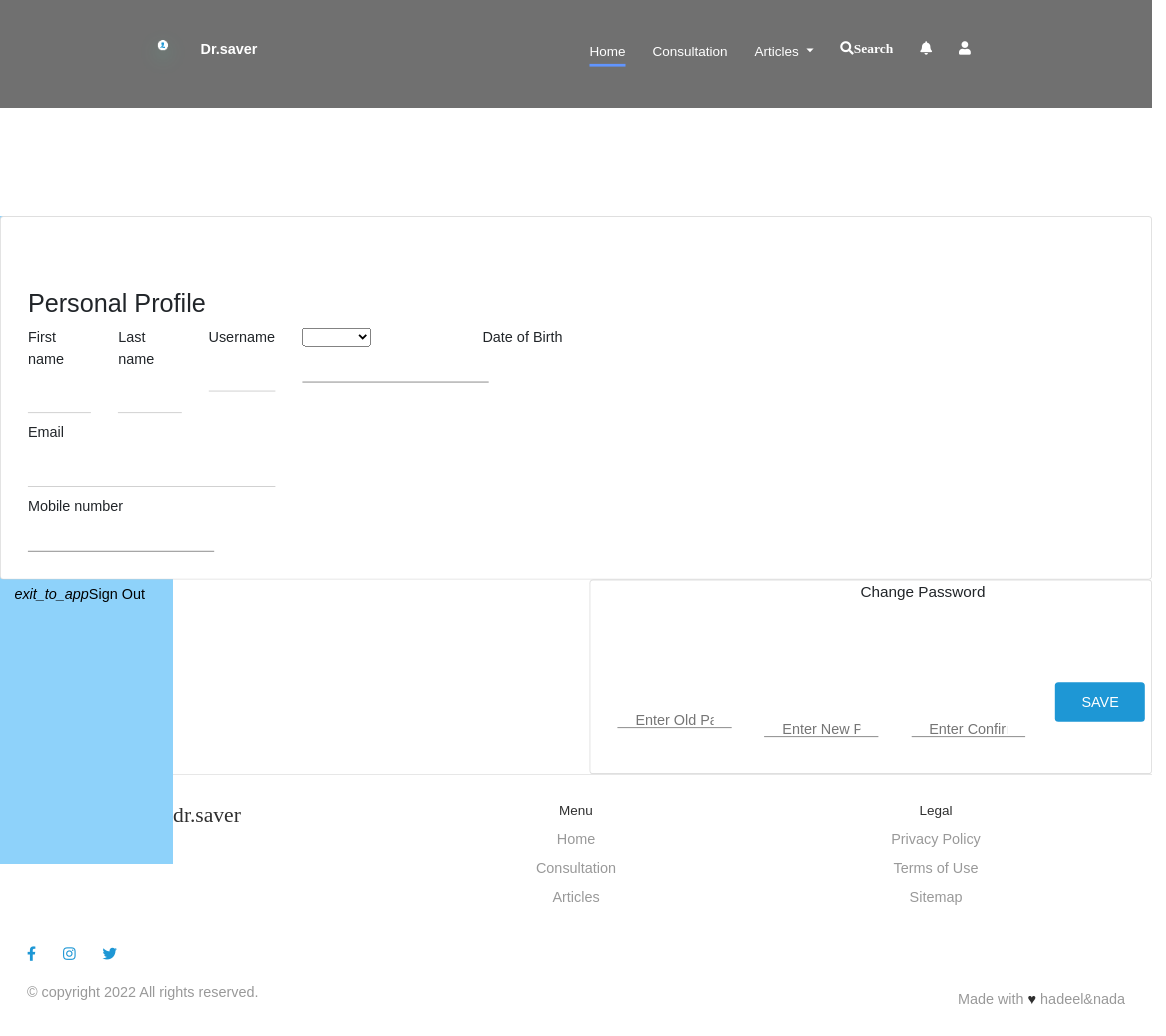
Repository: nsra/hadeel_doctor_system
Page: patient/Pprofile.html
An editor plug-in stored every save of this project. The page is shown before and after the next save, followed by the edit.
The browser window is 1280 px wide. The page is 1295 px wide, so the pictures cover 1295 px, including what lies to the right of the window. The pictures show the whole page, at 90% of full size.
Some web fonts or font styles are not loaded; a fallback is used. Some web libraries are served in a nearby version.

Above is the page before, as saved 2022-03-25 14:37:35.

### patient/Pprofile.html
<!DOCTYPE html>
<html lang="en">
<head>
    <meta charset="UTF-8">
    <meta http-equiv="content-type" content="text/html; charset=UTF-8">
    <title>DrSaver</title>
    <link rel="shortcut icon" href="../assets/img/doctor.png" type="image/x-icon">
    <link rel="stylesheet" href="https://maxcdn.bootstrapcdn.com/bootstrap/4.0.0/css/bootstrap.min.css" integrity="sha384-Gn5384xqQ1aoWXA+058RXPxPg6fy4IWvTNh0E263XmFcJlSAwiGgFAW/dAiS6JXm" crossorigin="anonymous">
    <link rel="stylesheet" href="https://pro.fontawesome.com/releases/v5.10.0/css/all.css" integrity="sha384-AYmEC3Yw5cVb3ZcuHtOA93w35dYTsvhLPVnYs9eStHfGJvOvKxVfELGroGkvsg+p" crossorigin="anonymous"/>
    <link rel="stylesheet" href="../assets/css/style.css" type="text/css">
    <link rel="preconnect" href="https://fonts.gstatic.com">
    <link href="https://fonts.googleapis.com/css2?family=Tajawal:wght@700&display=swap" rel="stylesheet">
    <meta name="viewport" content="width=device-width, initial-scale=1, shrink-to-fit=no">
</head>
<body>

    <!--header-->
    <div class="header" style=" background-color: #707070;">
         <div class="container" >
<div class="header-content">
    <div class="logo">
        <img src=" ../assets/img/l2.png"  alt="logo image" draggable="false">
        <b>Dr.saver</b>
     </div>
       <ul class="nav">
         <li><a href="#" class="active">Home</a></li>
         <li><a href="#" >Consultation</a></li>
           <li class="nav-item dropdown">
            <a class="nav-link dropdown-toggle" href="#" id="navbarDropdown" role="button" data-toggle="dropdown" aria-haspopup="true" aria-expanded="false">
                Articles
            </a>
            <div class="dropdown-menu" aria-labelledby="navbarDropdown">
              <a class="dropdown-item" href="#">Action</a>
              <a class="dropdown-item" href="#">Another action</a>
              <div class="dropdown-divider"></div>
              <a class="dropdown-item" href="#">Something else here</a>
            </div>
          </li>
         <li><a href="#"class="icon fa fa-search fa-2x" >Search</a></li>

 <li><a href="#"class="icon fa fa-bell" >  </a></li>
          <li><a href="#"class="icon fa fa-user fa-2x" > </a></li>






     </ul>
     <div class="clear"></div>
</div>
  </div>
    </div>
     <!--profile section-->
     <div class="about pd-y"></div>
     <aside id="slide-out" class="sidebar white fixed">
        <div class="side-nav-wrapper">
            <div class="sidebar-profile">
                <div class="sidebar-profile-image">
                    <img src="../assets/img/pro.png" class="circle" alt="">
                </div>
                <div class="sidebar-profile-info">

                </div>
            </div>

        <ul class="sidebar-menu collapsible collapsible-accordion" data-collapsible="accordion">

<li class="no-padding"><a class="waves-effect waves-grey" href="myprofile.php"><i class="material-icons">account_box</i>My Profiles</a></li>
<li class="no-padding"><a class="waves-effect waves-grey" href="emp-changepassword.php"><i class="material-icons">settings_input_svideo</i>Change Password</a></li>
            <li class="no-padding">
                <a class="collapsible-header waves-effect waves-grey"><i class="material-icons">apps</i>Leaves<i class="nav-drop-icon material-icons">keyboard_arrow_right</i></a>
                <div class="collapsible-body">
                    <ul>
                        <li><a href="apply-leave.php">Apply Leave</a></li>
                        <li><a href="leavehistory.php">Leave History</a></li>
                    </ul>
                </div>
            </li>



          <li class="no-padding">
                        <a class="waves-effect waves-grey" href="logout.php"><i class="material-icons">exit_to_app</i>Sign Out</a>
                    </li>


        </ul>

        </div>
    </aside>

        <main class="mn-inner float-right">
            <div class="row">

                <div class="col s12 m12 l12">
                    <div class="card">
                        <div class="card-content">
                            <form id="example-form" method="post" name="updatemp">
                                <div>
                                    <h3>Personal Profile</h3>

                                    <section>
                                        <div class="wizard-content">
                                            <div class="row">
                                                <div class="col m6">
                                                    <div class="row">


<div class="input-field col m6 s12">
<label for="firstName">First name</label>
<input id="firstName" name="firstName"  "  type="text" required>
</div>

<div class="input-field col m6 s12">
<label for="lastName">Last name </label>
<input id="lastName" name="lastName" value="" type="text" autocomplete="off" required>
</div>

<div class="input-field col s12">

<label for="userName">Username </label>
<input id="userName" name="userName" value="" type="text" autocomplete="off" required>
    </div>

<div class="input-field col s12">
<label for="email">Email</label>
<input  name="email" type="email" id="email" value=" " readonly autocomplete="off" required>
<span id="emailid-availability" style="font-size:12px;"></span>
</div>

<div class="input-field col s12">
<label for="phone">Mobile number</label>
<input id="phone" name="mobileno" type="tel" value=" " maxlength="10" autocomplete="off" required>
</div>

</div>
</div>

<div class="col m6">
<div class="row">
<div class="input-field col m6 s12">
<select  name="gender" autocomplete="off">
<option value=""></option>
<option value="Male">Male</option>
<option value="Female">Female</option>

</select>
</div>
<label for="birthdate">Date of Birth</label>
<div class="input-field col m6 s12">

<input id="birthdate" name="dob"  class="datepicker" value="" >
</div>


                                                    </div>
                                                </div>
                                            </div>
                                        </div>
                                    </section>


                                    </section>
                                </div>
                            </form>
                        </div>
                    </div>
                </div>
            </div>


        <div class="row">
        <br>
            <div class="col s12">

            </div>
            <div class="col s12 m12 l6">
                <div class="card">
                    <div class="card-content">

             <div class="page-title" style="  padding-left: 300px;   font-size: 17px;">Change Password</div>
               <div class="row">
                        <form class="col s12" name="chngpwd" method="post">

                                <div class="row">
                                    <div class="input-field col s12">

<input id="password" type="password" placeholder="Enter Old Password" style="width:95%;padding-top:40px;margin-left:30px;border:none;border-bottom:1px solid gray;padding-bottom:8px;outline:none"  class="validate" autocomplete="off" name="password"  required>

                                    </div>

<div class="input-field col s12">

<input id="password" type="password" placeholder="Enter New Password"  name="newpassword" class="validate" style="width:95%;padding-top:40px;margin-left:30px;border:none;border-bottom:1px solid gray;padding-bottom:8px;margin-top:20px;outline:none" autocomplete="off" required>

                                    </div>

<div class="input-field col s12">

<input id="password" type="password"placeholder="Enter Confirm Password" name="confirmpassword" class="validate" autocomplete="off"style="width:95%;padding-top:40px;margin-left:30px;border:none;border-bottom:1px solid gray;padding-bottom:8px;margin-top:20px;outline:none" required>

</div>
<br>
<br>
<div class="input-field col s12">
<center><button type="submit" name="change" style="padding:10px;color:#fff;margin-left:20px;width:100px;border:none;text-transform:uppercase" class="waves-effect waves-light btn indigo m-b-xs" onclick="">Save</button></center>

</div>




                                </div>

                            </form>
                        </div>
                    </div>
                </div>



            </div>

        </div>
    </main>

<div class="left-sidebar-hover"></div>




    <!--footer section-->
<footer class="footer">
    <div class="footer__addr">
      <h1 class="footer__logo">Dr.saver</h1>


    </div>

    <ul class="footer__nav">
      <li class="nav__item">
        <h2 class="nav__title">Menu</h2>

        <ul class="nav__ul">
          <li>
            <a href="#">Home</a>
          </li>

          <li>
            <a href="#">Consultation</a>
          </li>

          <li>
            <a href="#">Articles</a>
          </li>
        </ul>
      </li>

      <li class="nav__item">
        <h2 class="nav__title">Legal</h2>

        <ul class="nav__ul">
          <li>
            <a href="#">Privacy Policy</a>
          </li>

          <li>
            <a href="#">Terms of Use</a>
          </li>

          <li>
            <a href="#">Sitemap</a>
          </li>
        </ul>
      </li>
    </ul>
    <div class="row">

        <div class="  col-lg-5 ">

            <div class="row float-left">
                <div class="socialItem">
                    <i class="fab fa-facebook-f"></i>
                </div>
                <div class="socialItem">
                    <i class="fab fa-instagram"></i>
                </div>
                <div class="socialItem">
                    <i class="fab fa-twitter"></i>
                </div>


            </div>
        </div>
    </div>
    <div class="legal">
      <p> &copy; copyright 2022 All rights reserved.</p>

      <div class="legal__links">
        <span>Made with <span class="heart">♥</span> hadeel&nada</span>
      </div>

    </div>
  </footer>
</body>
</html>

### assets/css/style.css
 /*common*/


.overlay{
    position:absolute;
    width:  100%;
    height: 100%;
    top: 0;
    left: 0;
    background-color: rgba(3, 3, 3, 0.7);
}
.hover-opacity{
    transition: opacity .5s;
}
.hover-opacity:hover{
opacity: 0.8;
}

/*general css*/
:root{
    --maincolor:#6195ff;
}
*{
    margin: 0;
    padding: 0;
    box-sizing: border-box;
}
ul{
    list-style: none;
}
.container{
    width: 80%;

    margin: auto;/*elment in the center*/
}
body{
    font-family: 'Varela Round', sans-serif;
}
.clear{
    clear: both;
}
h1,h2,h3,h4,h5,h6{
    font-family: montserrat,sans-serif;
}
button{
    font-family: inherit;
}
a{
    text-decoration: none;
}
.pd-y{
    padding: 120px 0;
}
.section-header{
    text-align: center;
    margin-bottom: 20px;
}
.section-header .section-title{
    font-size: 35px;
    text-transform: capitalize;
    margin-bottom: 10px;
}
.section-header .line{
display: block;
height: 5px;
width: 60px;
margin: 0 auto 70px auto;
background-color: var(--maincolor);
}

.ltr-effect,.tb-effect{
    position: relative;
}
.ltr-effect::after,.tb-effect::after{
position: absolute;
content: "";
top: 0;
right: 0;
left: 0;
bottom: 0;
background: #333;
z-index:-1 ;

}
.ltr-effect:hover::after{
width: 100%;
}
.ltr-effect::after{
    width: 0;
    transition: width 0.5s;
}
.tb-effect::after{
 height: 0;
 transition: height 0.5s;

}
.tb-effect:hover::after{
height: 100%;
}
/* header*/
.header{
    position:fixed;
    width: 100%;
    z-index: 15;


  }

 b{
     color: #ffff;

 }
.header .logo{
    width: 50%;
  float: left;

}
.header .logo img{
    width: 15%;
    margin-top: 5px;

}
.header .nav{
    width: 50%;
    float: left;
    list-style: none;
    text-align: right;
}
.header .nav > li{
    display: inline-block;

    text-align: right;
}
.header .nav > li > a{
    color: #fff;
    font-size: 15px;

    display: block;
    padding: 30px 15px;
}

.header .nav > li > a.active:after{
content: "";
display: block;
margin-top: 2px;
height: 3px;
background-color: #6195ff;
transition: width 0.5s;

}
.header .nav > li > a.active:after{
    width: 100%;
}

.header .nav > li > a:after{
width: 0;
}
.header .nav > li > a:hover::after{
    width: 100%;
    }
    .dropdown{
        position: relative;
    }
    .dropdown-menu{
        position: absolute;
        background: #6195ff;
        width: 150px;
        text-align: right;
        left: -50%;
        top: 70%;
        opacity: 0;
        visibility: hidden;
        transition: opacity 0.5s;
    }
    .dropdown-menu a{
        color:#fff;
        display: block;
        padding: 10px;

    }
    .dropdown:hover .dropdown-menu{
        opacity: 1;
        visibility:visible;
    }
/*Home section*/
.home{
    height: 100vh;
    background-image: url(../img/background.png);
    background-size: cover;
    position: relative;
}
.home-content{
    position: absolute;
    width: 65%;
    top: 50%;
    left: 50%;
    transform: translate(-50%,-50%);
    text-align: left;
}
.home .title{

margin: 20px 0;
color: var(--maincolor);
letter-spacing: 2px;
line-height: 1.5;
}
.home .home-desc{
    color: #fff;
    font-size: 3.5rem;
    text-transform: uppercase;
}
.home .btn{
    max-width: 150px;
    padding: 15px 0;
    border-radius: 5px;
    border: 0;
    cursor: pointer;
    font-size: 18px;
}

.home .btn-learn{
    background-color: #6195ff;
    color:#fff;

}

nav{
    font-size: 18px;
}
.navbar-light .navbar-brand{
    font-size: 32px;
 }

.navbar-light .navbar-nav .nav-link{
    color: black;
}

 #cplue{
     color:#1E97D5 ;
 }
 .bplue{
background-color: #dce0e4;
 color: #1E97D5;
 }
 .fleft{
     position: relative;
     margin-top: 11%;
    margin-right: 20%;
 }
 .fright{
     position:absolute;
     right:20%;
     top: 20%;
 }
 .pcol{
     color: rgb(189, 185, 185);
     font-size: small;
 }

/*About section*/

.about-content{
    overflow: hidden;
}
.about-item{
     width: 30%;
    float: left;
text-align: center;
border: 1px solid #e8e8e8;
padding: 50px 20px;
}

.about-item.mg{
    margin: 0 5%;
}
.about-item:hover .about-item-title{
    color: #fff;
}
.about-item .icon{
    color: #6195ff;
    margin-bottom: 10px;
}
.about-item-title{
    text-transform: capitalize;
    margin-bottom: 10px;
    transition: color 0.5s;
}
.about-item-desc{
    line-height: 1.6;
    margin-bottom: 10px;
    color:#999 ;
}
.about-item-link{
color: #6195ff;
text-transform: capitalize;
}

/*number section*/
.numbers{
    position: relative;
    background-image: url(../img/background.png);
    background-size: cover;
    background-attachment: fixed;
    height: 300px;
}
.numbers-item{
    overflow: hidden;

}
.number-item{
width: 25%;
float: left;
text-align: center;
}
.number-item .icon{
    color: #6195ff;
    margin-bottom: 15px;
}
.number-item-title{
    font-weight: bold;
    font-size: 30px;
    color: #fff;

}
.number-item-text{
    color: #fff;
}

/*Blog page*/
.blog{
    background: #f9f9f9;
}

.blog-content{
    overflow: hidden;
}
.blog-item{
    width: 30%;
    float: left;
    background: #fff;
}
.blog-item-img img{
width: 100%;
}

.blog-info{
    padding: 20px;
}

.blog-list{
    list-style: none;
    margin: 20px 0;
}
.blog-list li{
    display: inline-block;
    margin: 0 5px;
}
.blog-list li i{
    color: #6195ff;
}
.blog-title{
    font-weight: bold;
    margin: 20px 0;
}
.blog-desc{
    color: #999;
    margin-bottom: 10px;
    line-height: 1.5;
}
.blog-link{
    color: #6195ff;
}
.blog-item.mg{
    margin: 0 5%;
}

/*contact section*/

/*footer section*/
.footer{
    background: #1c1d23;
    text-align: center;
    padding: 60px 0;
}
.footer-links{
    list-style: none;
    margin: 20px 0;
}
.footer-links li{
    display: inline-block;

}
.footer-links li a{
    display: block;
    width: 50px;
    height: 50px;
    background: #6195ff;
    color: #fff;
    margin: 0 5px;
    border-radius: 50%;
}
.footer-links li a i{
    line-height: 50px;
}

.footer .copyright{
    color: #999;
    font-size: 15px;
    text-transform: uppercase;
}

 /********login******/


  /* Full-width inputs */
  input[type=text], input[type=password] ,input[type=email],input[type=number],input[type=date],input[type=submit]{
    width: 100%;
    padding: 12px 20px;
    margin: 10px 0 ;

    display:flex;
    border: none;
    border-bottom: 1px solid #ccc;

  }

  /* Set a style for all buttons */
  button {
    background-color: #1E97D5;
    color: white;
    padding: 14px 20px;
    margin: 8px 0;
    border: none;
    cursor: pointer;
    width: 40%;

    border-radius: 5px;
  }

  /* Add a hover effect for buttons */
  button:hover {
    opacity: 0.8;
  }



  /* Add padding to containers */
  .container {
    padding: 16px;

  }

  .psw{
      margin-left: 60px;
  }
  .signbtn{
      color: #000;
      background-color: #fff;
      border: 1px solid #1E97D5;
  }
  .signbtn:hover{
    background-color: #1E97D5;
    opacity: 0.8;
  }
  .fname{
    position: relative;
  margin-right: 10%;
  }
  .lname {
    position: absolute;
    top: 20%;
    left: 50%;
  }

  /* Change styles for span and cancel button on extra small screens */
  @media screen and (max-width: 300px) {
    span.psw {
      display: block;
      float: none;
    }
    .cancelbtn {
      width: 100%;
    }
  }

.rate{
    margin: 10px;
    float: left;
    background: #eeeeee;
    border-radius: 30px;
}
.rate i{
    color: #ffdb00;
}

.footer {
    display: flex;
    flex-flow: row wrap;
    padding: 30px 30px 20px 30px;
    color: #2f2f2f;
    background-color: #fff;
    border-top: 1px solid #e5e5e5;
  }

  .footer > * {
    flex:  1 100%;
  }

  .footer__addr {
    margin-right: 1.25em;
    margin-bottom: 2em;
  }

  .footer__logo {
    font-family: 'Pacifico', cursive;
    font-weight: 400;
    text-transform: lowercase;
    font-size: 1.5rem;
  }

  .footer__addr h2 {
    margin-top: 1.3em;
    font-size: 15px;
    font-weight: 400;
  }

  .nav__title {
    font-weight: 400;
    font-size: 15px;
  }

  .footer address {
    font-style: normal;
    color: #999;
  }

  .footer__btn {
    display: flex;
    align-items: center;
    justify-content: center;
    height: 36px;
    max-width: max-content;
    background-color: rgb(33, 33, 33, 0.07);
    border-radius: 100px;
    color: #2f2f2f;
    line-height: 0;
    margin: 0.6em 0;
    font-size: 1rem;
    padding: 0 1.3em;
  }

  .footer ul {
    list-style: none;
    padding-left: 0;
  }

  .footer li {
    line-height: 2em;
  }

  .footer a {
    text-decoration: none;
  }

  .footer__nav {
    display: flex;
      flex-flow: row wrap;
  }

  .footer__nav > * {
    flex: 1 50%;
    margin-right: 1.25em;
  }

  .nav__ul a {
    color: #999;
  }

  .nav__ul--extra {
    column-count: 2;
    column-gap: 1.25em;
  }

  .legal {
    display: flex;
    flex-wrap: wrap;
    color: #999;
  }

  .legal__links {
    display: flex;
    align-items: center;
  }

.social{
    padding-top: 50px;
    margin-left: 700px;

}
.socialItem{
   color: #1E97D5;
    border-radius: 50%;
    line-height: 2;
    margin: 15px;
}
.socialItem:hover{
    background: #6db4e4;
    border:  2px white;

}
  .heart {
    color: #2f2f2f;
  }

  @media screen and (min-width: 24.375em) {
    .legal .legal__links {
      margin-left: auto;
    }
  }

  @media screen and (min-width: 40.375em) {
    .footer__nav > * {
      flex: 1;
    }

    .nav__item--extra {
      flex-grow: 2;
    }

    .footer__addr {
      flex: 1 0px;
    }

    .footer__nav {
      flex: 2 0px;
    }
  }
/******** about page ***********/
.heroSection img{
    border-radius: 30px;
}
/******** Pprofile page ***********/

.sidebar {
  margin: 0;
  padding: 0;
  width: 15%;
  background-color: #8ed2fa;
  position: fixed;
  height: 100%;
  overflow: auto;
}

.sidebar a {
  display: block;
  color: black;
  padding: 16px;
  text-decoration: none;
}

@media screen and (max-width: 700px) {
  .sidebar {
    width: 100%;
    height: auto;
    position: relative;
  }
  .sidebar a {float: left;}
  div.content {margin-left: 0;}
}

@media screen and (max-width: 400px) {
  .sidebar a {
    text-align: center;
    float: none;
  }
}




.topnav {

  background-color: #2ca7ee;
  overflow: hidden;
   color: white;
   align-items: center;
}
.update{

border: none;
margin-left: 100px;
color: white;
padding: 15px 32px;
text-align: center;
text-decoration: none;
display: inline-block;
font-size: 16px;
}

 ul{
  list-style-type: none;
 }


form{
display: flex;

width: 50%;
height: 90%;
margin-top:50px;
padding:30px;
display: flex;

flex-direction: column;
justify-content: space-around;
border-radius: 5px;
}
input{
height: 30px;
border:none;
border-bottom: 1px solid gray;
outline: none;
}

After the next save:
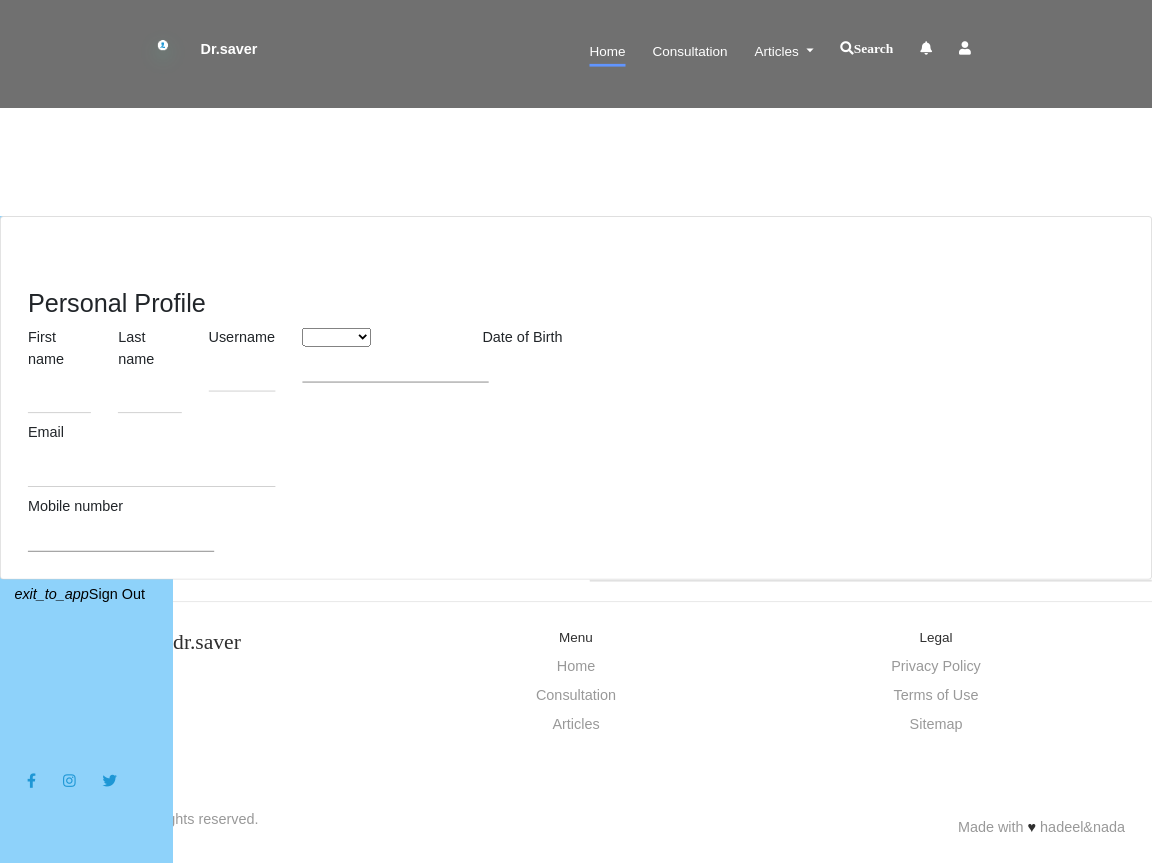
Saved 54 s later.
--- a/patient/Pprofile.html
+++ b/patient/Pprofile.html
@@ -179,43 +179,6 @@
                 <div class="card">
                     <div class="card-content">
 
-             <div class="page-title" style="  padding-left: 300px;   font-size: 17px;">Change Password</div>
-               <div class="row">
-                        <form class="col s12" name="chngpwd" method="post">
-
-                                <div class="row">
-                                    <div class="input-field col s12">
-
-<input id="password" type="password" placeholder="Enter Old Password" style="width:95%;padding-top:40px;margin-left:30px;border:none;border-bottom:1px solid gray;padding-bottom:8px;outline:none"  class="validate" autocomplete="off" name="password"  required>
-
-                                    </div>
-
-<div class="input-field col s12">
-
-<input id="password" type="password" placeholder="Enter New Password"  name="newpassword" class="validate" style="width:95%;padding-top:40px;margin-left:30px;border:none;border-bottom:1px solid gray;padding-bottom:8px;margin-top:20px;outline:none" autocomplete="off" required>
-
-                                    </div>
-
-<div class="input-field col s12">
-
-<input id="password" type="password"placeholder="Enter Confirm Password" name="confirmpassword" class="validate" autocomplete="off"style="width:95%;padding-top:40px;margin-left:30px;border:none;border-bottom:1px solid gray;padding-bottom:8px;margin-top:20px;outline:none" required>
-
-</div>
-<br>
-<br>
-<div class="input-field col s12">
-<center><button type="submit" name="change" style="padding:10px;color:#fff;margin-left:20px;width:100px;border:none;text-transform:uppercase" class="waves-effect waves-light btn indigo m-b-xs" onclick="">Save</button></center>
-
-</div>
-
-
-
-
-                                </div>
-
-                            </form>
-                        </div>
-                    </div>
                 </div>
 
 
